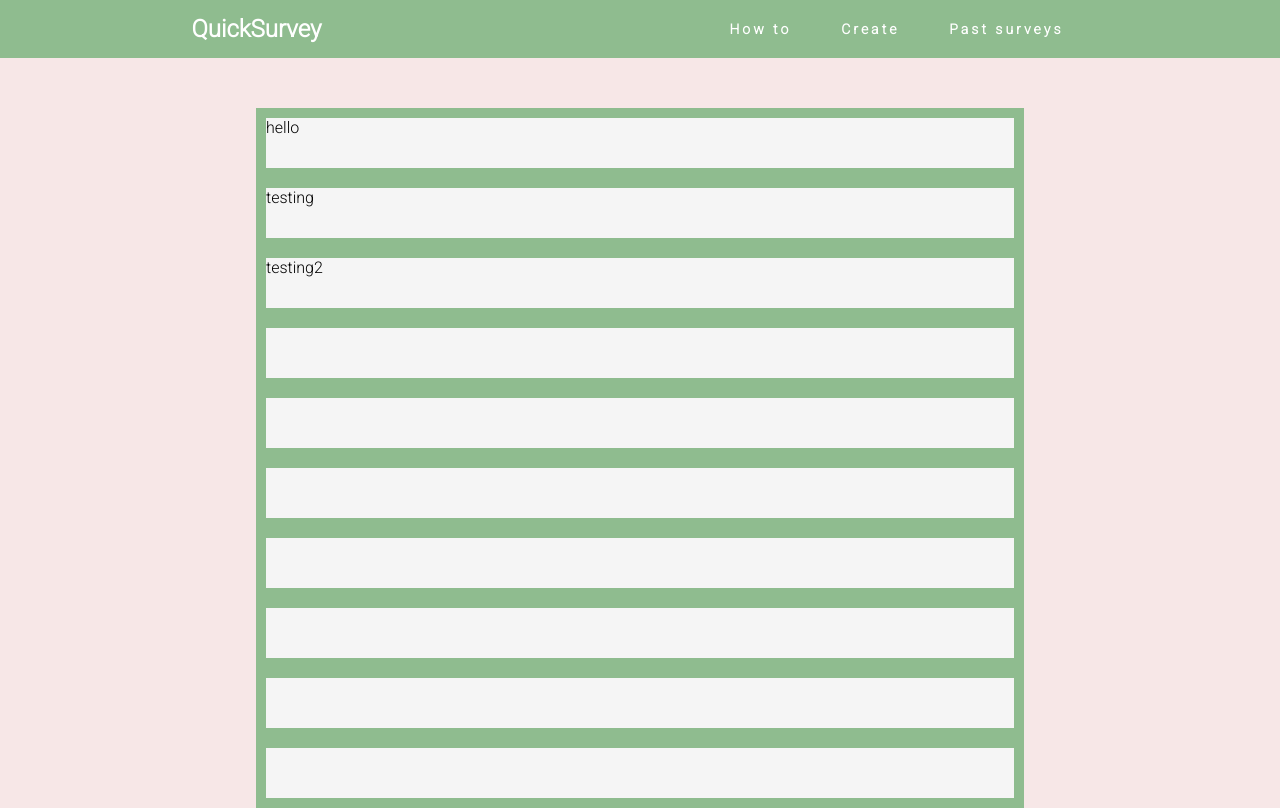
Repository: cakuang1/QuickSurvey
Page: pastsurveys.html
These files come from the project's save history. The page is drawn as it stood at one moment and after a run of saves; the edit follows.
The browser window is 1280 px wide. The pictures show the whole page.
Some web libraries are served in a nearby version.

Above is the page before, as saved 2022-01-06 21:51:43.
Console error: TypeError: Cannot read properties of null (reading 'cloneNode')

After the next 2 saves:
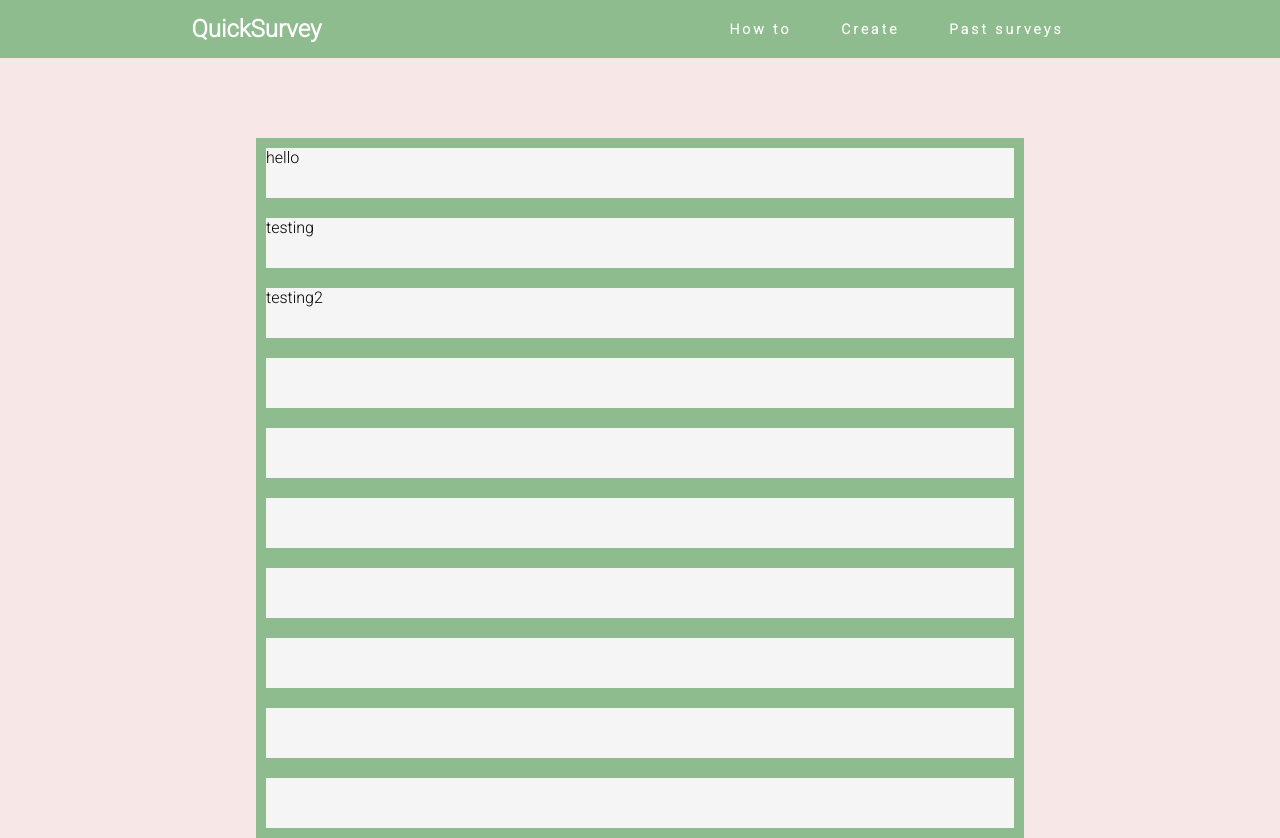
The 2 saves are shown as one change because they came seconds apart.
The last was saved 6 min 7 s later.
--- a/style.css
+++ b/style.css
@@ -158,7 +158,7 @@ ol li {
     min-height: 100px;
     width: 60%;
     margin: auto;
-    margin-top: 50px;
+    margin-top: 80px;
 
 }
 .wrapper .holders {
